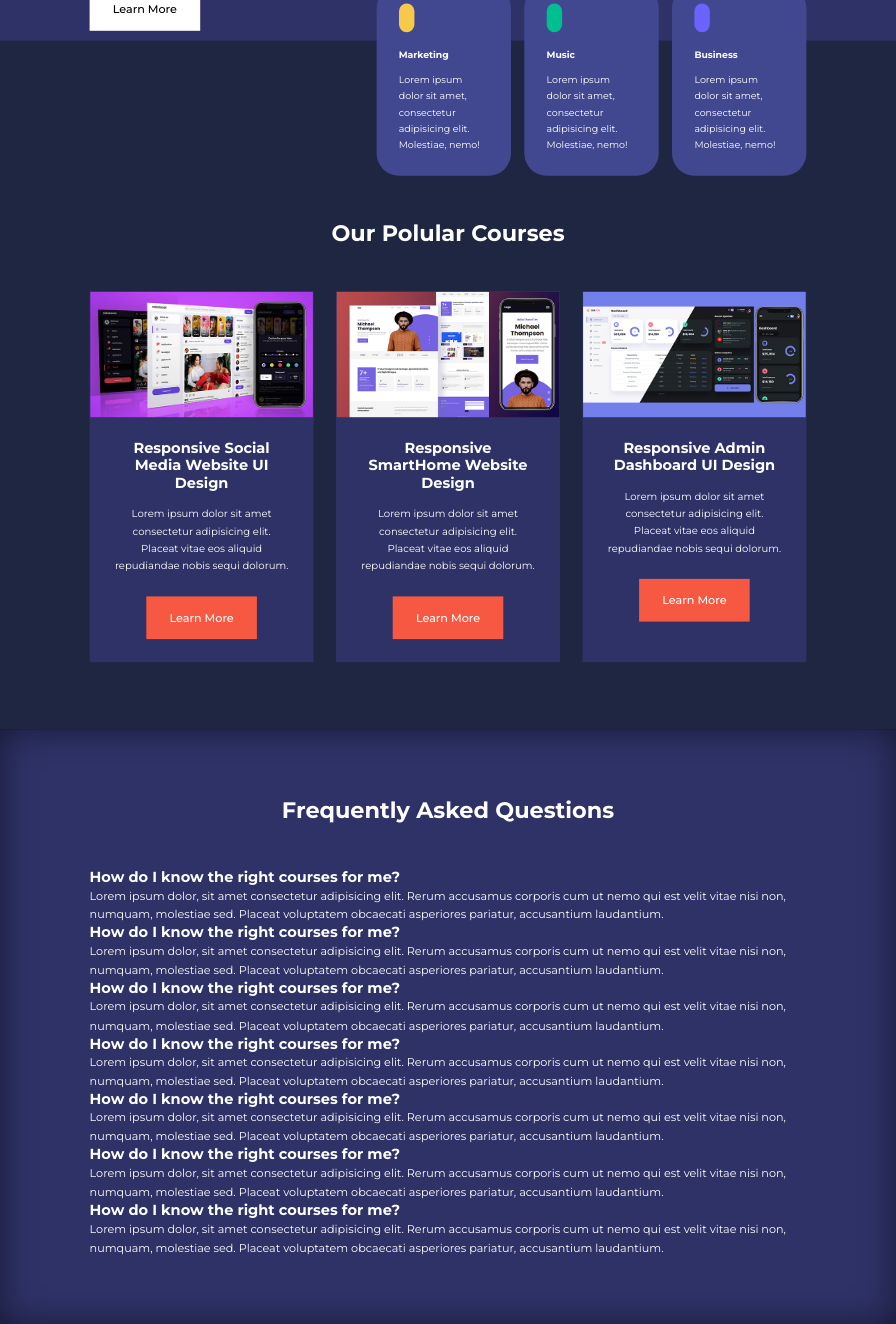
Repository: QUANGTHAI2003/education-web
Page: index.html
These files come from the project's save history. The page is drawn as it stood at one moment and after the next save; the edit follows.
The browser window is 1280 px wide. The pictures show the part of the page from y = 990 to 2910 px (the page is 2882 px tall before and 2910 px after), at 70% of full size.
Some icons come from a web library that is not loaded, so they are not drawn.

Above is the page before, as saved 2022-03-11 14:56:27.

After the next save:
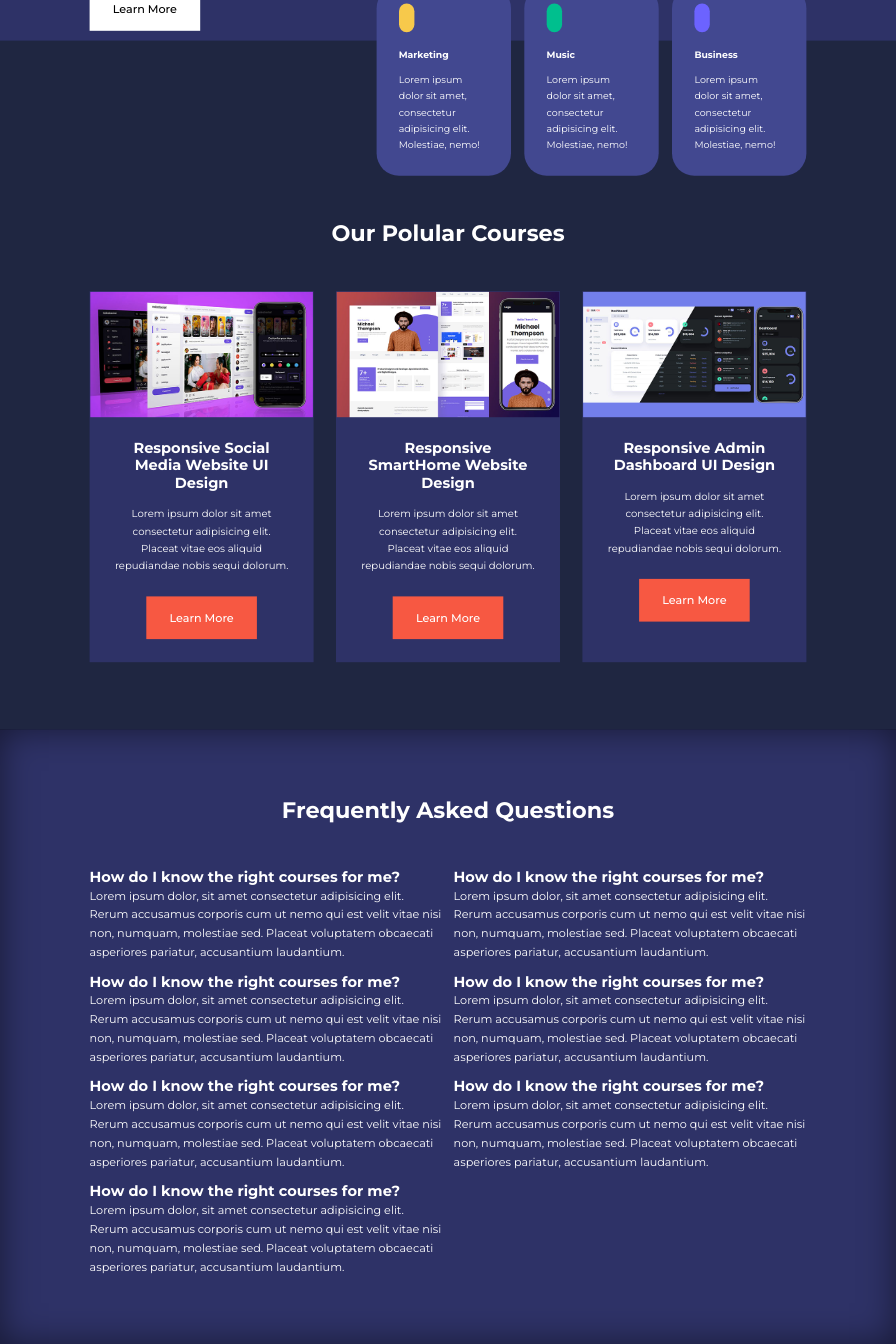
Saved 30 s later.
--- a/css/style.css
+++ b/css/style.css
@@ -277,7 +277,7 @@ header {
     box-shadow: inset 0 0 3rem rgba(0, 0, 0, 0.5);
 }
 
-.faqs__container {
+.faqs-container {
     display: grid;
     grid-template-columns: repeat(2, 1fr);
     gap: 1rem;
